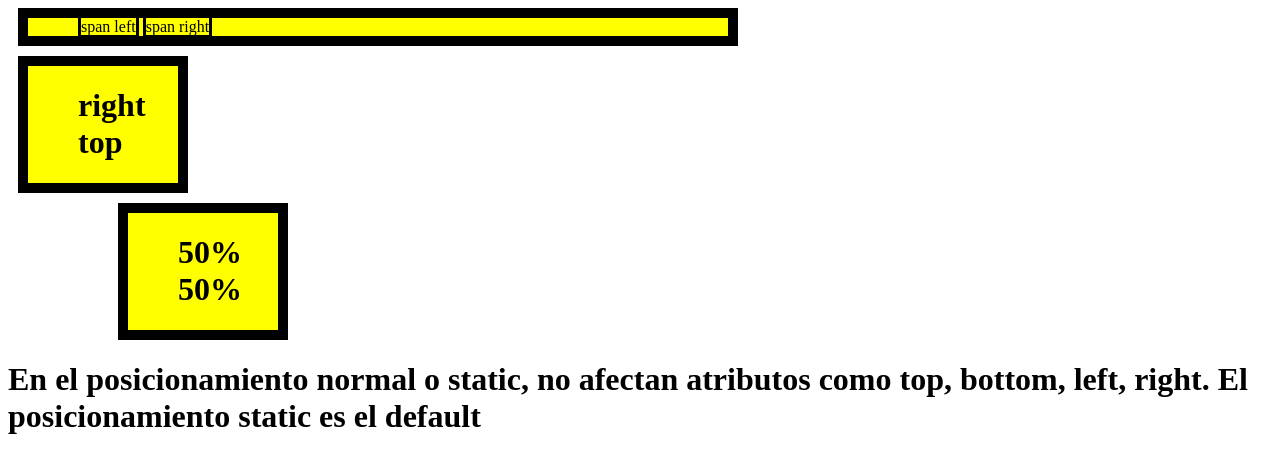
Repository: antonio63j/misNotas
Page: software/CSS/Demos/aptana_proyect/src/static-normal.html
The author's editor kept a copy of each file at every save. The page is drawn from the files as they stood at one save, then again after the next save.
The browser window is 1280 px wide. The pictures show the whole page.

Above is the page before, as saved 2017-04-23 16:04:03.

### software/CSS/Demos/aptana_proyect/src/static-normal.html
<!DOCTYPE html>
<html>
<head>
<style>


#caja0 {
  position:static;

  bottom:7px;
  width: 300px;
  padding-left:  50px;
  padding-right: 50px;
  margin-left:   10px;
  margin-right:  10px;
  border: 10px solid black;
  margin-bottom:10px;
  background-color:cian;
}


#caja1 {
  position:static;
  bottom:1px;
  left:20px;
  width: 600px;
  padding-left:  50px;
  padding-right: 50px;
  margin-left:   10px;
  margin-right:  10px;
  border: 10px solid black;
  margin-bottom:10px;
  background-color:yellow;
}

#caja2 {
  position:static;
  top:-110px;
  width: 50px;
  padding-left:  50px;
  padding-right: 50px;
  margin-left:   10px;
  margin-right:  10px;
  border: 10px solid black;
  margin-bottom:10px;
  background-color:yellow;
}

#caja1 span {
	  border: 3px solid black;
}

#caja3 {
  position:static;
  top:210px;
  left:100px;
  width: 50px;
  padding-left:  50px;
  padding-right: 50px;
  margin-left:   110px;
  margin-right:  110px;
  border: 10px solid black;
  margin-bottom:10px;
  background-color:yellow;
}


</style>
</head>



<body>

<div id="caja1"><span>span left</span> <span>span right</span></div>
<div id="caja2"><h1>right top</h1></div>
<div id="caja3"><h1>50% 50%</h1></div>

<h1> En el posicionamiento normal o static, no afectan atributos como top, bottom, left, right. El posicionamiento static es el default</h1>
</body>
</html>

After the next save:
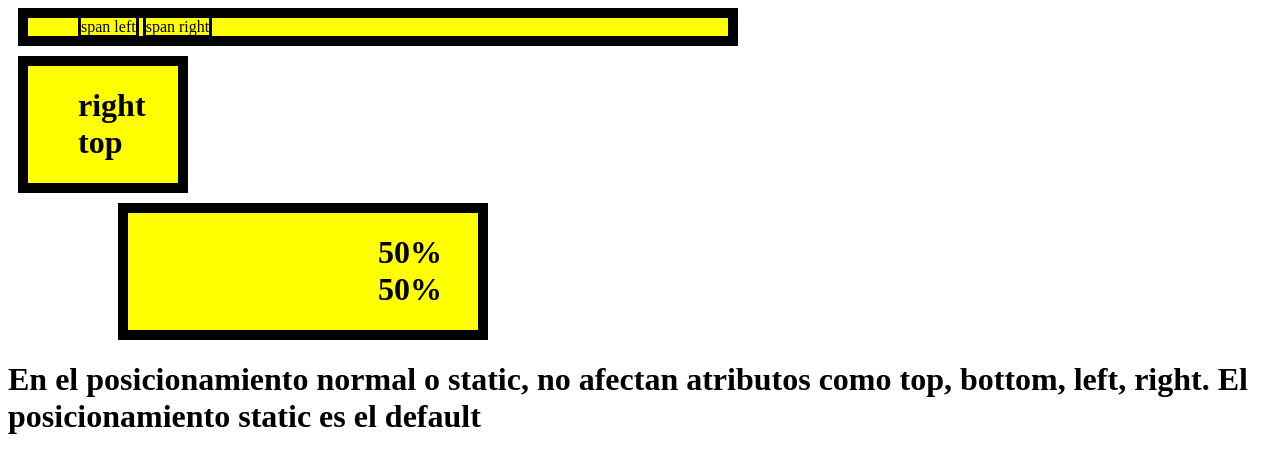
Saved 35 s later.
--- a/software/CSS/Demos/aptana_proyect/src/static-normal.html
+++ b/software/CSS/Demos/aptana_proyect/src/static-normal.html
@@ -55,7 +55,7 @@
   top:210px;
   left:100px;
   width: 50px;
-  padding-left:  50px;
+  padding-left:  250px;
   padding-right: 50px;
   margin-left:   110px;
   margin-right:  110px;
